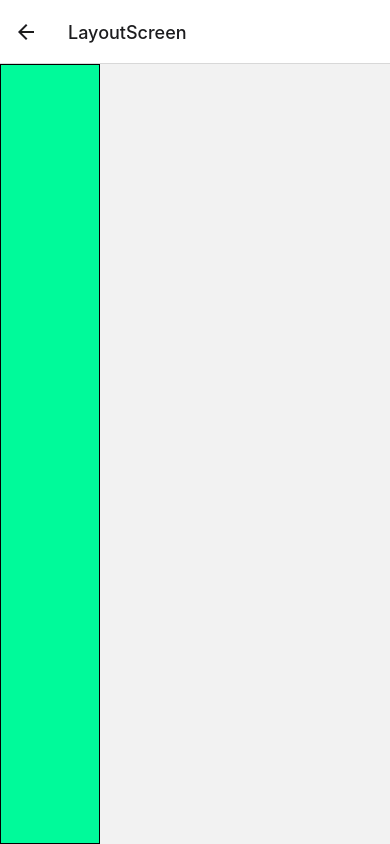
Repository: DS151-UFPR-2023/DS151_Israel-De-Quadros_EX4
Screen: /LayoutScreen
These files come from the project's save history. The screen is drawn as it stood at one moment and after the next save; the edit follows.
The app was drawn by React Native's web renderer in a window 390 px wide. The project was rebuilt for these pictures with package versions that can differ from the ones it lists, and the page was loaded fresh each time. Also part of the build but not shown: src/components/style.js, src/components/title/index.js, src/components/result/index.js, src/components/form/index.js, src/components/main/index.js, src/components/novoComponente/index.js, src/components/counterScreen.js, src/components/ColorList.js.

Above is the screen before, as saved 2023-09-08 18:37:53.

### App.js
import { StatusBar } from 'expo-status-bar';
import { StyleSheet, Text, View } from 'react-native';
import Title from './src/components/title';
import Main from './src/components/main';
import Home2 from './src/components/novoComponente';
import { NavigationContainer } from '@react-navigation/native';
import { createStackNavigator } from '@react-navigation/stack';
import HomeScreen from './src/HomeScreen';
import CounterScreen from './src/components/counterScreen';
import Form from './src/components/form';
import ColorList from './src/components/ColorList';
import LayoutScreen from './src/components/LayoutScreen';

const Stack = createStackNavigator();

export default function App() {
  return (
    <NavigationContainer>
      <Stack.Navigator>
        <Stack.Screen name="Home" component={HomeScreen} />
        <Stack.Screen name="Home2" component={Home2} />
        <Stack.Screen name="CounterScreen" component={CounterScreen} />
        <Stack.Screen name="Form" component={Form} />
        <Stack.Screen name="ColorList" component={ColorList} />
        <Stack.Screen name="LayoutScreen" component={LayoutScreen} />
      </Stack.Navigator>
    </NavigationContainer>
  );
}

const styles = StyleSheet.create({
  container: {
    flex: 1,
    backgroundColor: '#999',
    alignItems: 'center',
    justifyContent: 'center',
  },
});

### src/HomeScreen.js
import React from "react";
import { View, Text, StyleSheet, Button } from 'react-native';

function HomeScreen({ navigation }) {
    return (
        <View style={style.mainView}>
            <Text>Home Screen</Text>
            <Button title="Ir para Galeria!"
                onPress={() => navigation.navigate('Home2')}
            />
            <Button title="Ir para Counter!"
                onPress={() => navigation.navigate('CounterScreen')}
            />
            <Button title="Ir para Form!"
                onPress={() => navigation.navigate('Form')}
            />
            <Button title="Ir para ColorList!"
                onPress={() => navigation.navigate('ColorList')}
            />
            <Button title="Ir para LayoutScreen!"
                onPress={() => navigation.navigate('LayoutScreen')}
            />
        </View>
    )
}

export default HomeScreen;

const style = StyleSheet.create({
    mainView: {
        flex: 1,
        alignItems: 'center',
        justifyContent: 'center'
    }
})

### src/components/LayoutScreen.js
import React from "react";
import { View, Text, StyleSheet } from "react-native";

const LayoutScreen = () => {
    return (
        <View style={styles.root}>
            <View ></View>
            <View style={styles.elm3}></View>
            <View style={styles.elm3}></View>
        </View>
    )
}
const styles = StyleSheet.create({
    root: {
        width: 100,
        height: 100,
        backgroundColor: '#00FA9A',
        flex:1,
        borderWidth: 1,
    }
});
export default LayoutScreen;

After the next save:
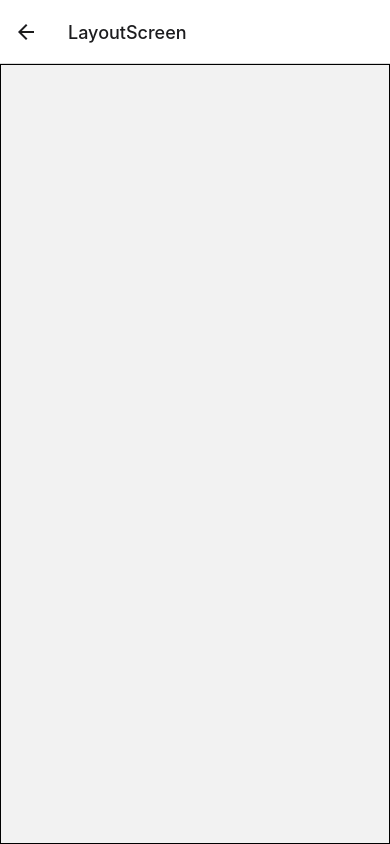
Saved 12 s later.
--- a/src/components/LayoutScreen.js
+++ b/src/components/LayoutScreen.js
@@ -12,10 +12,7 @@ const LayoutScreen = () => {
 }
 const styles = StyleSheet.create({
     root: {
-        width: 100,
-        height: 100,
-        backgroundColor: '#00FA9A',
-        flex:1,
+       flex:1,
         borderWidth: 1,
     }
 });
